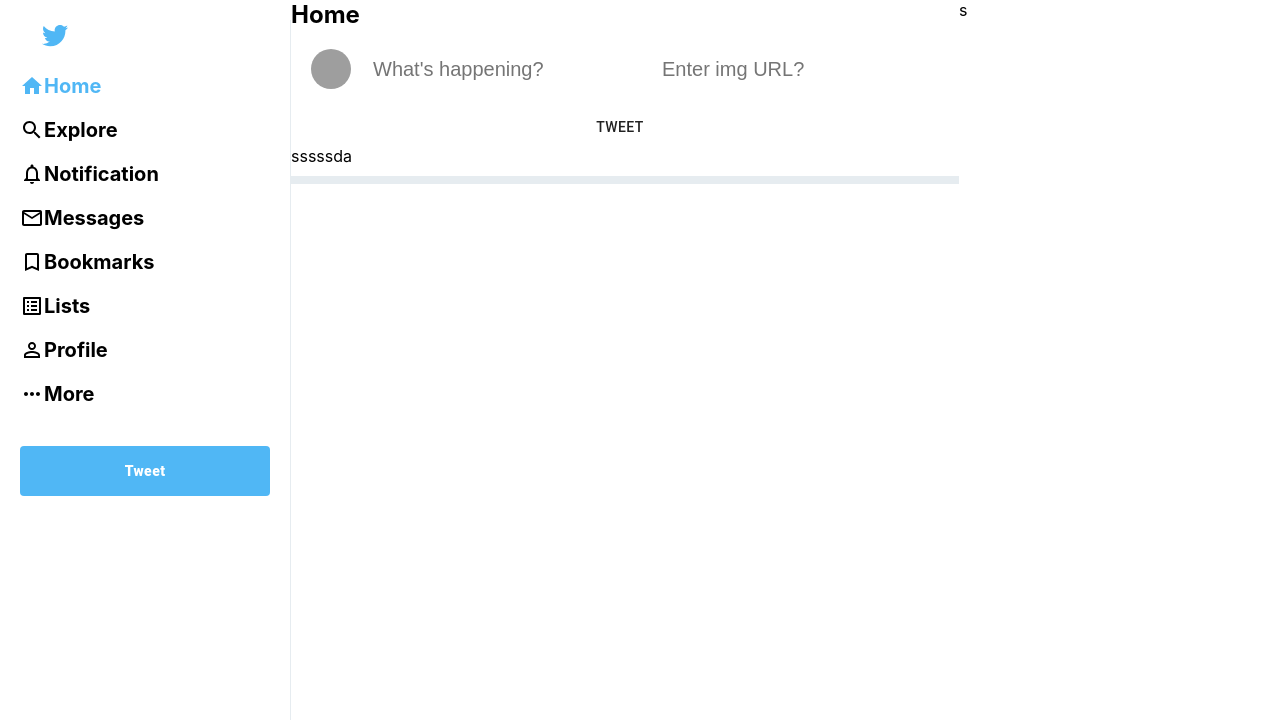
Repository: arafat877/React-Twitter-Clone
Page: /
The author's editor kept a copy of each file at every save. The page is drawn from the files as they stood at one save, then again after the next save.
The browser window is 1280 px wide. The pictures show the whole page.
Pictures or frames that could not be fetched are drawn as grey boxes. The project was rebuilt for these pictures with package versions that can differ from the ones it lists, and the page was loaded fresh each time.

Above is the page before, as saved 2020-08-23 02:31:56.

### public/index.html
<!DOCTYPE html>
<html lang="en">
  <head>
    <meta charset="utf-8" />
    <meta name="viewport" content="width=device-width, initial-scale=1" />
    <meta name="theme-color" content="#000000" />
    <meta
      name="description"
      content="Web site created using create-react-app"
    />
    <title>React Twitter App</title>
  </head>
  <body>
    <noscript>You need to enable JavaScript to run this app.</noscript>
    <div id="root"></div>
    <!--
      This HTML file is a template.
      If you open it directly in the browser, you will see an empty page.

      You can add webfonts, meta tags, or analytics to this file.
      The build step will place the bundled scripts into the <body> tag.

      To begin the development, run `npm start` or `yarn start`.
      To create a production bundle, use `npm run build` or `yarn build`.
    -->
  </body>
</html>

### src/App.js
import React from "react";
import "./App.css";
import Sidebar from "./components/sidebar/Sidebar";
import Feed from "./components/feed/Feed";
import Widgets from "./components/widgets/Widgets";

function App() {
  return (
    <div className="App">
      <Sidebar />
      <Feed />
      <Widgets />
    </div>
  );
}

export default App;

### src/App.css
body {
  --twitter-color: #50b7f5;
  --twitter-background: #e6ecf0;
}

.App {
  display: flex;
  height: 100vh;
}

### src/components/sidebar/Sidebar.js
import React from "react";
import "./Sidebar.css";
import {
  Twitter,
  Home,
  Search,
  NotificationsNone,
  MailOutline,
  BookmarkBorder,
  ListAlt,
  PermIdentity,
  MoreHoriz,
} from "@material-ui/icons";
import { Button } from "@material-ui/core";
import SidebarOption from "../sidebarOption/SidebarOption";

const Sidebar = () => {
  return (
    <div className="sidebar">
      <Twitter className="sidebarTwitterIcon"/>
      <SidebarOption active text="Home" Icon={Home} />
      <SidebarOption text="Explore" Icon={Search} />
      <SidebarOption text="Notification" Icon={NotificationsNone} />
      <SidebarOption text="Messages" Icon={MailOutline} />
      <SidebarOption text="Bookmarks" Icon={BookmarkBorder} />
      <SidebarOption text="Lists" Icon={ListAlt} />
      <SidebarOption text="Profile" Icon={PermIdentity} />
      <SidebarOption text="More" Icon={MoreHoriz} />
      <Button variant="outlined" className="sidebarTweet" fullWidth>Tweet</Button>
    </div>
  );
};

export default Sidebar;

### src/components/feed/Feed.js
import React from "react";
import "./Feed";
import TweetBox from "../tweetBox/TweetBox"

const Feed = () => {
  return (
    <div className="feed">
      <div className="feedHeader">
        <h2>Home</h2>
        <TweetBox/>
      </div>
    </div>
  );
};

export default Feed;

### src/components/widgets/Widgets.js
import React from 'react';
import "./Widgets.css"

const Widgets = () => {
    return (
        <div className="widgets">
            s
        </div>
    );
};

export default Widgets;

### src/components/sidebar/Sidebar.css
.sidebar {
  border-right: 1px solid var(--twitter-background);
  flex: 0.3;
  min-width: 250px;
  margin-top: 20px;
  padding-left: 20px;
  padding-right: 20px;
}

.sidebarTwitterIcon{
color: var(--twitter-color);
font-size: 30px !important;
margin-left: 20px;
margin-bottom: 20px;
}

.sidebarTweet {
  background-color: var(--twitter-color) !important;
  border: none !important;
  color: white !important;
  font-weight: 900 !important;
  text-transform: inherit !important;
  height: 50px !important;
  margin-top: 20px !important;
}

### src/components/sidebarOption/SidebarOption.js
import React from "react";
import "./SidebarOption.css";

const SidebarOption = ({ text, Icon, active }) => {
  return (
    <div className={`sidebarOption ${active && "sidebarOptionActive"}`}>
      <Icon />
      <h2>{text}</h2>
    </div>
  );
};

export default SidebarOption;

### src/components/tweetBox/TweetBox.js
import React from "react";
import "./TweetBox.css";
import { Button, Avatar } from "@material-ui/core";

const TweetBox = () => {
  return (
    <div className="tweetBox">
      <form>
        <div className="tweetBoxInput">
          <Avatar src="https://avatars2.githubusercontent.com/u/1486366?s=460&u=e8efaf0d63842b11771391988d38139a2b631f05&v=4" />
          <input placeholder="What's happening?" type="text" />
          <input placeholder="Enter img URL?" type="text" />
        </div>
        <Button>Tweet</Button>
      </form>sssssda
    </div>
  );
};

export default TweetBox;

### src/components/widgets/Widgets.css
.widgets {
  flex: 0.3;
}

### src/components/sidebarOption/SidebarOption.css
.sidebarOption {
  display: flex;
  align-items: center;
  cursor: pointer;
  margin-bottom: 20px;
}

.sidebarOption:hover {
  background-color: #e8f5fe;
  border-radius: 30px;
  color: var(--twitter-color);
  transition: color 100ms ease-out;
}

.sidebarOption > MuiSvgIcon-root {
  padding: 20px;
}

.sidebarOption > h2 {
  font-weight: 700;
  font-size: 20px;
  margin-right: 20px;
}

.sidebarOptionActive{
    color: var(--twitter-color);
}

### src/components/tweetBox/TweetBox.css
.tweetBox {
  padding-bottom: 10px;
  border-bottom: 8px solid var(--twitter-background);
  padding-right: 10px;
}

.tweetBox > form {
  display: flex;
  flex-direction: column;
}

.tweetBoxInput{
    display: flex;
    padding: 20px;
}

.tweetBoxInput > input{
    flex: 1;
    margin-left: 20px;
    font-size: 20px;
    border: none;
}

Loaded but not shown: src/index.js (common file); src/index.css (common file)

After the next save:
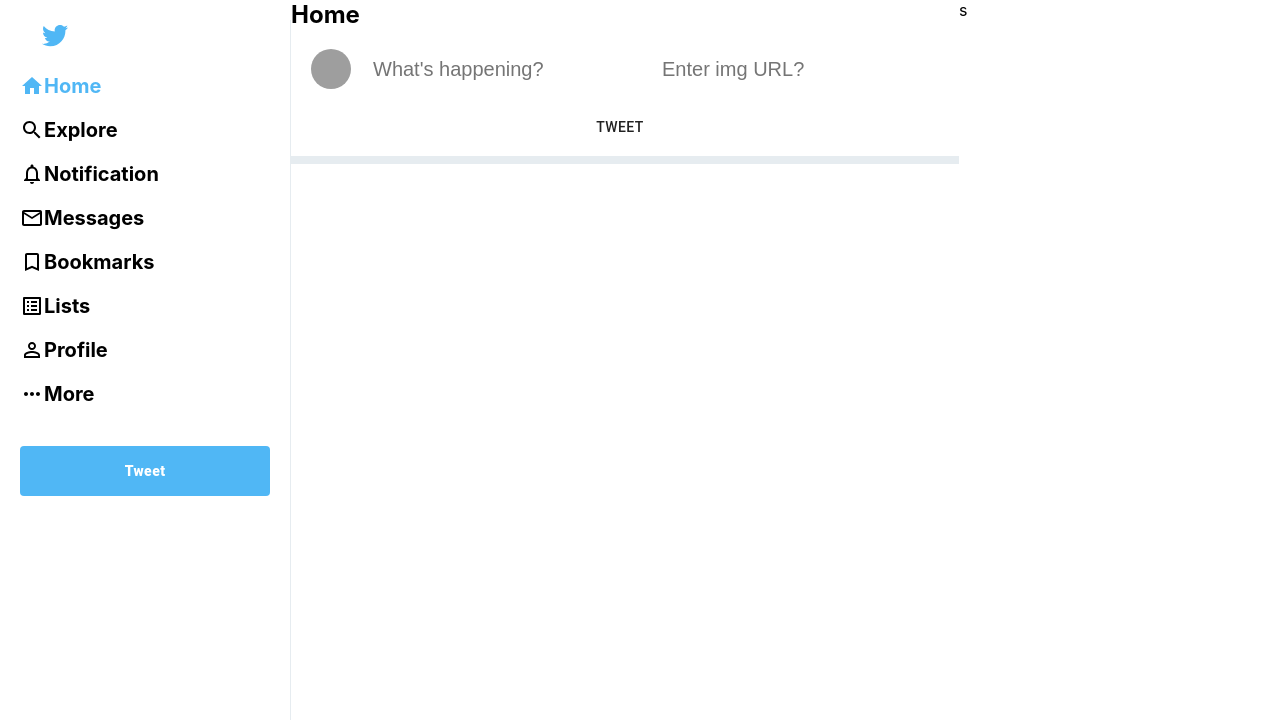
Saved 4 s later.
--- a/src/components/tweetBox/TweetBox.js
+++ b/src/components/tweetBox/TweetBox.js
@@ -12,7 +12,7 @@
           <input placeholder="Enter img URL?" type="text" />
         </div>
         <Button>Tweet</Button>
-      </form>sssssda
+      </form>
     </div>
   );
 };
